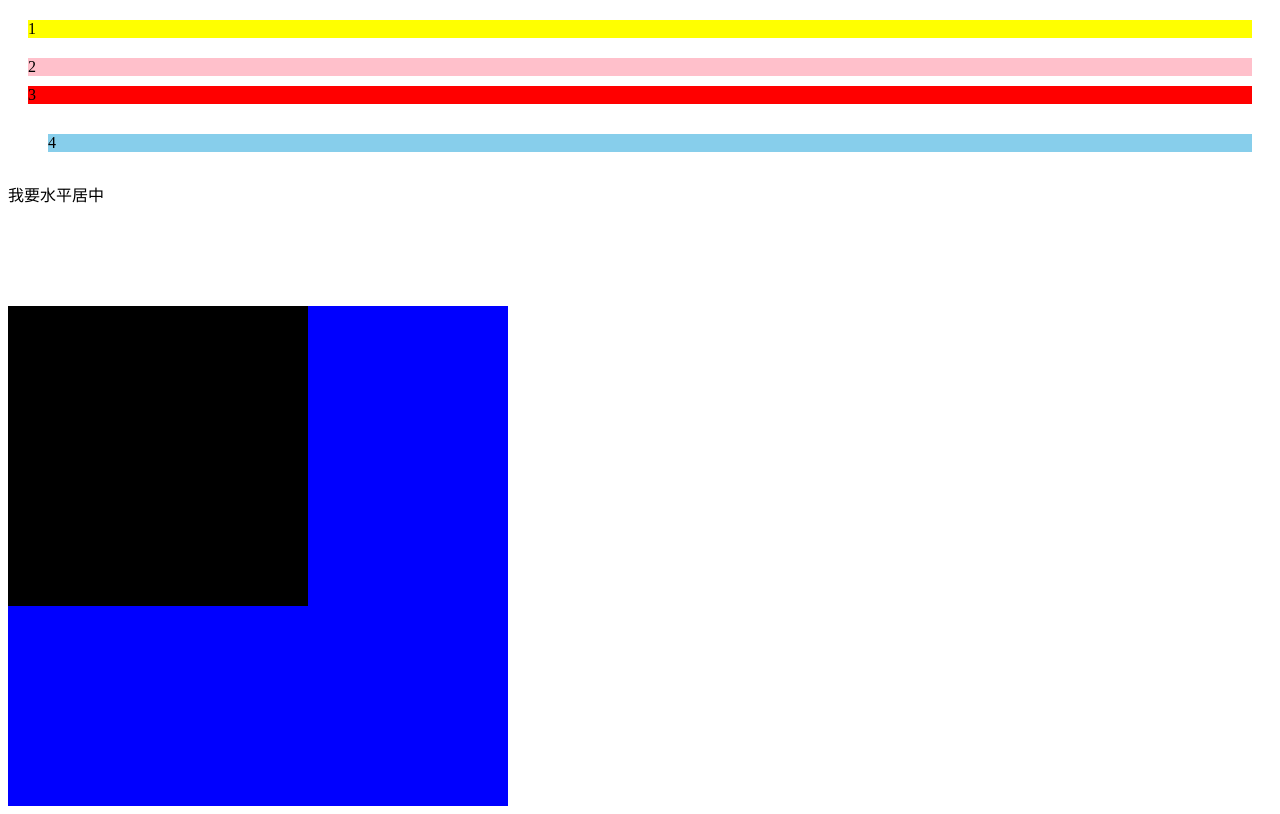
Repository: TheBestBadGuy0228/code
Page: 盒子之间的外边距.html
These files come from the project's save history. The page is drawn as it stood at one moment and after the next save; the edit follows.
The browser window is 1280 px wide. The pictures show the whole page.

Above is the page before, as saved 2021-11-29 13:57:39.

### 盒子之间的外边距.html
<!-- /*
 * @Author: Xiao
 * @Date: 2021-11-26 11:10:19
 * @Last Modified by:   Xiao
 * @Last Modified time: 2021-11-26 11:10:19
 */ -->
<!DOCTYPE html>
<html lang="en">
<head>
    <meta charset="UTF-8">
    <meta http-equiv="X-UA-Compatible" content="IE=edge">
    <meta name="viewport" content="width=device-width, initial-scale=1.0">
    <title>盒子之间的外边距</title>
    <style>
        .one {
            /*       all     */
            margin: 20px;
            background-color: yellow;
        }

        .two {
            /*      上     左右 */
            margin: 10px 20px;
            background-color: pink;
        }

        .three {
            /*      上    左右  下 */
            margin: 10px 20px 30px;
            background-color: red;
        }

        .four {
            /*       上   右    左  下*/
            margin: 10px 20px 30px 40px;
            background-color: skyblue;
        }

        /* div {
            width: 300px;
            height: 300px;
            /* 转换为行内块元素 */
        display: inline-block;
        }

        */ .five {
            width: 500px;
            margin: 20px auto;
            display: block;
            background-color: greenyellow;
            text-align: center;
        }

        .six {
            width: 500px;
            height: 500px;
            background-color: blue;
            margin-top: 20px;
            /* overflow: hidden; */
        }

        .seven {
            width: 300px;
            height: 300px;
            background: black;
            margin-top: 100px;
        }
    </style>
</head>
<body>
    <!--外边距（margin）
margin属性用于设置外边距，即控制盒子和盒子之间的距离。
        属性                                                  作用
    margin-left                                            左外边距
    margin-right                                           右外边距
    margin-top                                             上外边距
    margin-bottom                                          下外边距

    margin的简写方式和padding是一致的(单个参数控制上下左右;两个参数分别控制上下和左右;三个参数则为上(左右)下)
-->

    <!--
    外边距典型应用
外边距可以让块级盒子水平居中，但是必须满足两个条件：
①盒子必须指定了宽度（width）。
②盒子左右的外边距都设置为auto。
.header {
    width:960px;
    margin:o auto;
}
常见的写法，以下三种都可以：
margin-left: auto; margin-right auto;
margin: auto;
margin:O auto;
注意：以上方法是让块级元素水平居中，行内元素或者行内块元素水平居中给其父元素添加text-align：center即可。
-->

    <!-- 使用margin定义块元素的垂直外边距时，可能会出现外边距的合并。
        对于两个嵌套关系（父子关系）的块元素，父元素有上外边距同时子元素也有上外边距，此时父元素会塌陷较大的外边距值。

    解决方案：
        ①可以为父元素定义上边框。
        ②可以为父元素定义上内边距。
        ③可以为父元素添加overflow：hidden。

还有其他方法，比如浮动、固定，绝对定位的盒子不会有塌陷问题，后面咱们再总结。
-->
    <div class="one">1</div>
    <div class="two">2</div>
    <div class="three">3</div>
    <div class="four">4</div>
    <span class="five">我要水平居中</span>

    <div class="six">
        <div class="seven">我是子元素</div>
    </div>
</body>
</html>

After the next save:
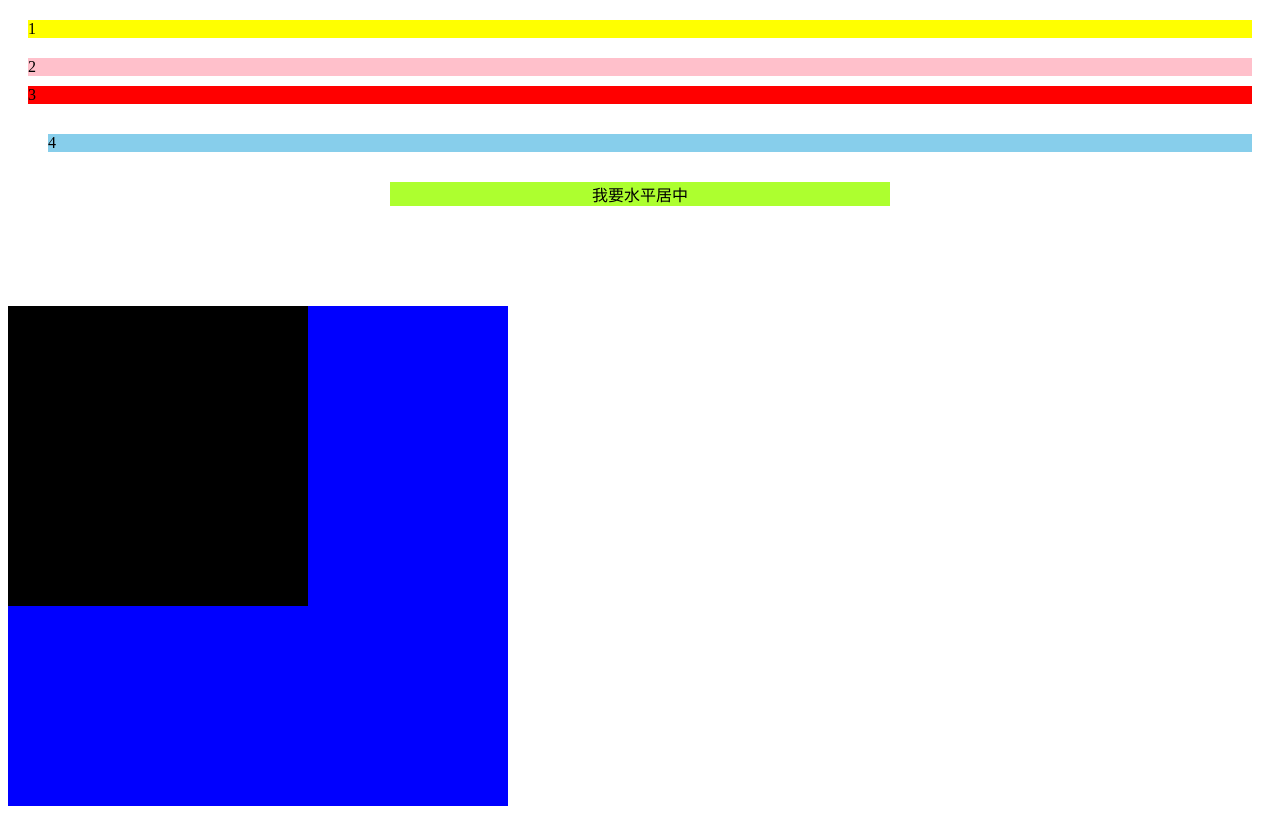
Saved 22 s later.
--- a/盒子之间的外边距.html
+++ b/盒子之间的外边距.html
@@ -40,10 +40,10 @@
             width: 300px;
             height: 300px;
             /* 转换为行内块元素 */
-        display: inline-block;
-        }
+        /* display: inline-block; */
+        /* }  */
 
-        */ .five {
+        .five {
             width: 500px;
             margin: 20px auto;
             display: block;
